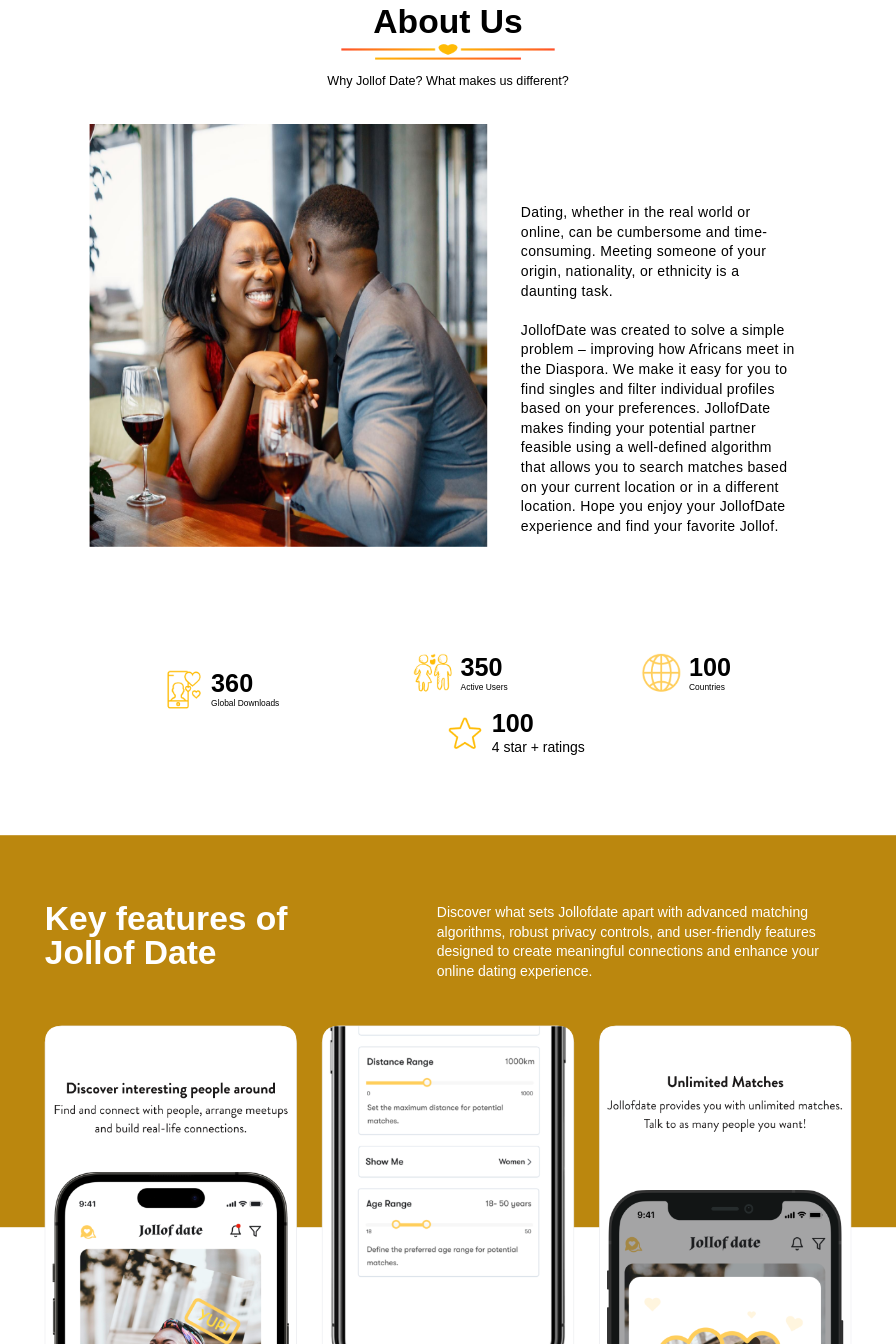
Repository: FarhanNasiru/jollofdate-frontend
Page: /
An editor plug-in stored every save of this project. The page is shown before and after the next save, followed by the edit.
The browser window is 1280 px wide. The pictures show the part of the page from y = 1073 to 2993 px (the page is 7580 px tall), at 70% of full size.
Some web fonts or font styles are not loaded; a fallback is used. The project was rebuilt for these pictures with package versions that can differ from the ones it lists, and the page was loaded fresh each time. Also part of the build but not shown: vite.config.js, src/Pages/Footer2.jsx, src/components/Header2.jsx, src/Pages/privacy.jsx, src/Pages/Term.jsx.

Above is the page before, as saved 2024-08-20 08:24:17.

After the next save:
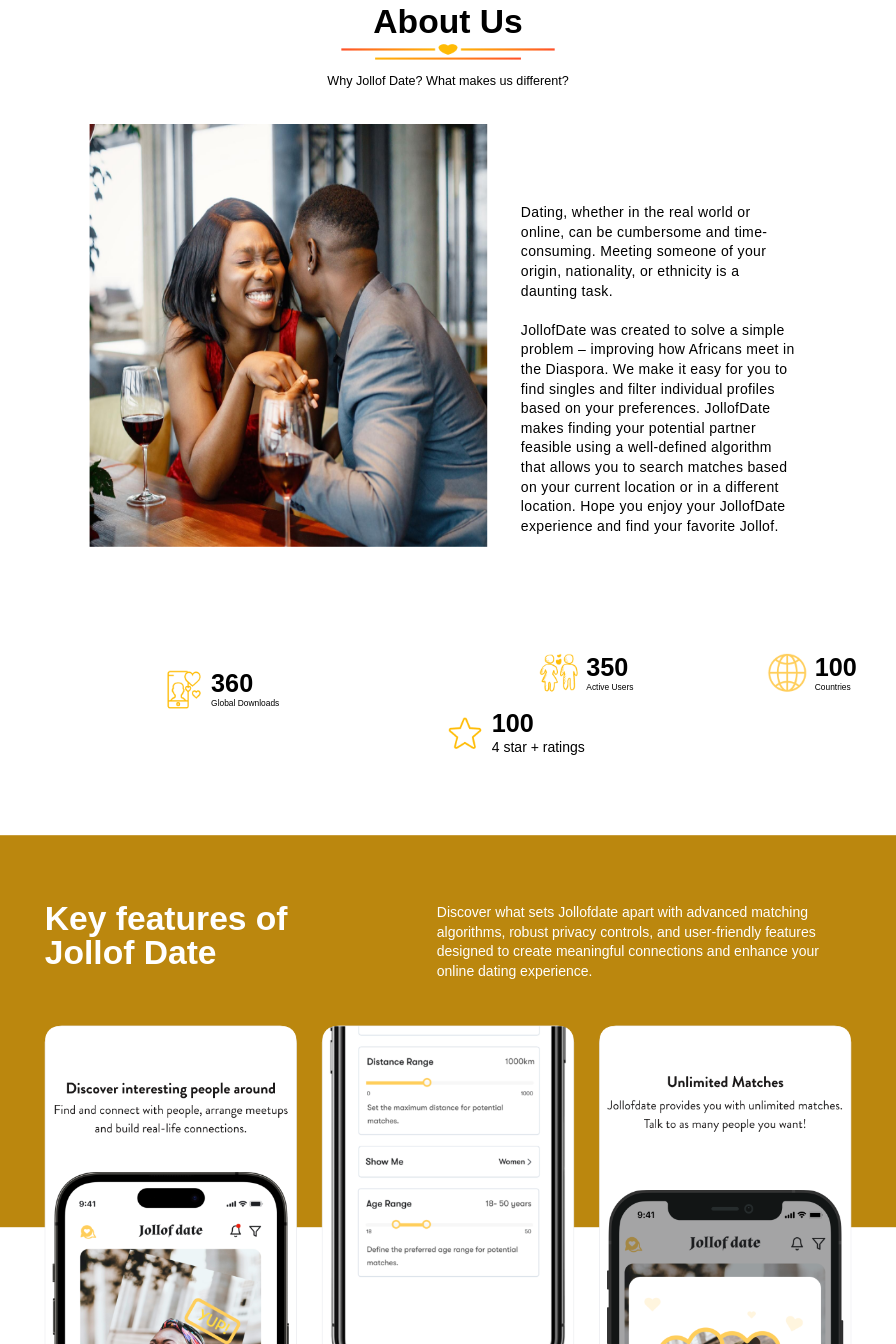
Saved 20 s later.
--- a/src/components/Aboutus.jsx
+++ b/src/components/Aboutus.jsx
@@ -79,7 +79,7 @@
           </div>
         </div> */}
         <div className="flex flex-wrap text-center flex-col md:flex-row space-y-12 md:space-y-0 pb-12 lg:pb-28 justify-center space-x-0 md:space-x-20 lg:space-x-48 px-14">
-          <div className="flex items-center flex-row mt-12">
+          <div className="flex items-center flex-row mt-12 m-auto">
             <img src="/Images/person.png" alt="Person Icon" className="" />
             <div className="text-center md:text-left md:ml-3">
               <h1 className="font-bold text-4xl">360</h1>
